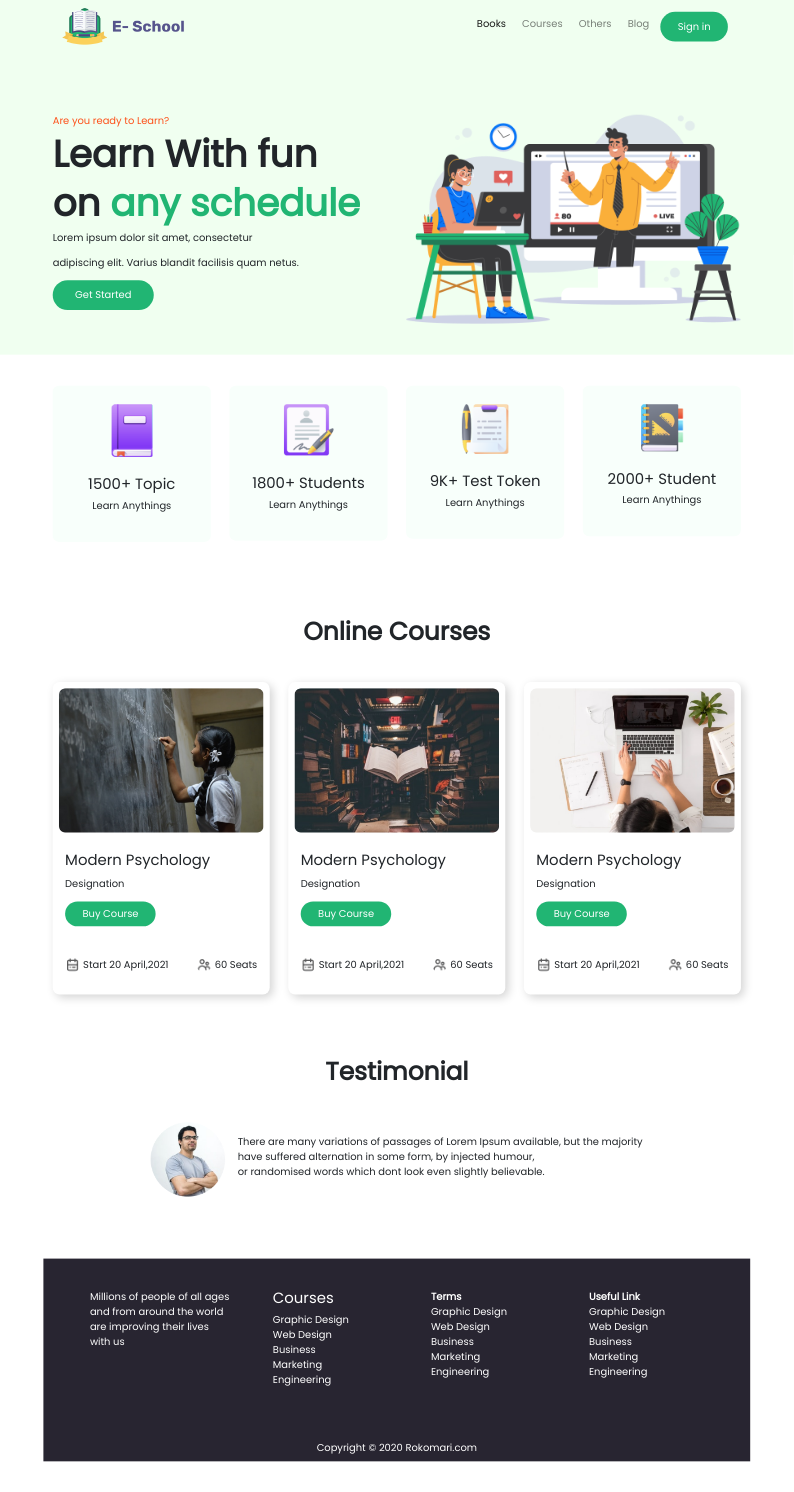
Repository: mohsinfarabi/e-school
Page: index.html
The author's editor kept a copy of each file at every save. The page is drawn from the files as they stood at one save, then again after the next save.
The browser window is 1280 px wide. The pictures show the whole page, at 62% of full size.

Above is the page before, as saved 2020-07-09 21:48:36.

### index.html
<!DOCTYPE html>
<html lang="en">

<head>
    <meta charset="UTF-8">
    <meta name="viewport" content="width=device-width, initial-scale=1.0">
    <link rel="stylesheet" href="css/bootstrap/css/bootstrap.min.css">
    <link rel="stylesheet" href="style.css">
    <link href="https://fonts.googleapis.com/css2?family=Poppins" rel="stylesheet">
    <title>E-School</title>
</head>

<body>
    <section class="top-part">
        <div class="container">
            <nav class="navbar navbar-expand-lg navbar-light bg-transparent">
                <a class="navbar-brand" href="#"><img src="images/icon/Logo.png " alt=" "></a>
                </a>
                <button class="navbar-toggler" type="button" data-toggle="collapse" data-target="#navbarNav" aria-controls="navbarNav" aria-expanded="false" aria-label="Toggle navigation">
                  <span class="navbar-toggler-icon"></span>
                </button>

                <div class="collapse navbar-collapse" id="navbarNav">
                    <ul class="navbar-nav ml-auto">
                        <li class="nav-item active ">
                            <a class="nav-link " href="#books ">Books</a>
                        </li>
                        <li class="nav-item ">
                            <a class="nav-link " href="#courses ">Courses</a>
                        </li>
                        <li class="nav-item ">
                            <a class="nav-link " href="#others ">Others</a>
                        </li>
                        <li class="nav-item ">
                            <a class="nav-link " href="#blog ">Blog</a>
                        </li>
                        <li class="nav-item ">
                            <button class="btn btn-success sign-in">Sign in</button>
                        </li>

                    </ul>
                </div>

            </nav>
        </div>
        <div class="container">
            <div class="row top">
                <div class="col-md-6 content-position">

                    <h5>Are you ready to Learn?</h5>
                    <h1>Learn With fun </h1>
                    <h1>on <span class="highlight"> any schedule</span></h1>

                    <p>Lorem ipsum dolor sit amet, consectetur </p>
                    <p>adipiscing elit. Varius blandit facilisis quam netus.</p>

                    <button class="btn btn-success get-started">Get Started</button>

                </div>
                <div class="col-md-6 d-flex justify-content-center">

                    <img src="images/Photos/Illustration.png" alt="" class="img-fluid">
                </div>
            </div>
        </div>
    </section>

    <div class="container">
        <div class="row">
            <div class="col-md-3">
                <div class="cat1 d-flex flex-column justify-content-center align-items-center">

                    <img src="images/icon/book.png" alt="">

                    <h4>1500+ Topic</h4>
                    <p>Learn Anythings</p>
                </div>
            </div>
            <div class="col-md-3">
                <div class="cat2 d-flex flex-column justify-content-center align-items-center">

                    <img src="images/icon/Student.png" alt="">

                    <h4>1800+ Students</h4>
                    <p>Learn Anythings</p>
                </div>
            </div>
            <div class="col-md-3">
                <div class="cat3 d-flex flex-column justify-content-center align-items-center">

                    <img src="images/icon/Test.png" alt="">

                    <h4>9K+ Test Token</h4>
                    <p>Learn Anythings</p>
                </div>
            </div>
            <div class="col-md-3">
                <div class="cat4 d-flex flex-column justify-content-center align-items-center">

                    <img src="images/icon/Students.png" alt="">

                    <h4>2000+ Student</h4>
                    <p>Learn Anythings</p>

                </div>
            </div>
        </div>
    </div>

    <div class="container course">
        <h1>Online Courses</h1>
        <div class="card-deck">
            <div class="card">
                <img src="images/Photos/Morder pyschology.png" class="card-img-top" alt="...">
                <div class="card-body">
                    <h4 class="card-title">Modern Psychology</h4>
                    <p class="card-text">Designation</p>
                    <button class="btn btn-success buy-course">Buy Course</button>
                    <div class="card-bottom d-flex justify-content-between align-self-center">
                        <div class="d-flex justify-content-between">
                            <img src="images/icon/calendar.png" alt="">
                            <p>Start 20 April,2021</p>
                        </div>
                        <div class="d-flex justify-content-between">
                            <img src="images/icon/people.png" alt="">
                            <p>60 Seats</p>
                        </div>

                    </div>
                </div>

            </div>
            <div class="card">
                <img src="images/Photos/Morder psyc.png" class="card-img-top" alt="...">
                <div class="card-body">
                    <h4 class="card-title">Modern Psychology</h4>
                    <p class="card-text">Designation</p>
                    <button class="btn btn-success buy-course">Buy Course</button>
                    <div class="card-bottom d-flex justify-content-between align-self-center">
                        <div class="d-flex justify-content-between">
                            <img src="images/icon/calendar.png" alt="">
                            <p>Start 20 April,2021</p>
                        </div>
                        <div class="d-flex justify-content-between">
                            <img src="images/icon/people.png" alt="">
                            <p>60 Seats</p>
                        </div>

                    </div>
                </div>
            </div>
            <div class="card">
                <img src="images/Photos/Morder pychons.png" class="card-img-top" alt="...">
                <div class="card-body">
                    <h4 class="card-title">Modern Psychology</h4>
                    <p class="card-text">Designation</p>
                    <button class="btn btn-success buy-course">Buy Course</button>
                    <div class="card-bottom d-flex justify-content-between align-self-center">
                        <div class="d-flex justify-content-between">
                            <img src="images/icon/calendar.png" alt="">
                            <p>Start 20 April,2021</p>
                        </div>
                        <div class="d-flex justify-content-between">
                            <img src="images/icon/people.png" alt="">
                            <p>60 Seats</p>
                        </div>
                    </div>
                </div>
            </div>
        </div>
    </div>

    <div class="container testimonial">
        <h1>Testimonial</h1>
        <div class="d-flex justify-content-center testimonial-content">
            <img class="img-fluid" src="images/Photos/Man.png" alt="">
            <p class="testimonial-text">There are many variations of passages of Lorem Ipsum available, but the majority <br>have suffered alternation in some form, by injected humour, <br>or randomised words which dont look even slightly believable.</p>
        </div>
    </div>
    <div class="container bottom-part">
        <div class="row footer-row d-flex align-items-left">
            <div class="col-md-3">
                <p>Millions of people of all ages and from around the world are improving their lives with us</p>
            </div>
            <div class="col-md-3">

                <ul>
                    <li>
                        <h4>Courses</h4>
                    </li>
                    <li>Graphic Design</li>
                    <li>Web Design</li>
                    <li>Business</li>
                    <li>Marketing</li>
                    <li>Engineering</li>
                </ul>
            </div>
            <div class="col-md-3">
                <ul>
                    <li><b>Terms</b></li>
                    <li>Graphic Design</li>
                    <li>Web Design</li>
                    <li>Business</li>
                    <li>Marketing</li>
                    <li>Engineering</li>
                </ul>
            </div>
            <div class="col-md-3">
                <ul>
                    <li><b>Useful Link</b></li>
                    <li>Graphic Design</li>
                    <li>Web Design</li>
                    <li>Business</li>
                    <li>Marketing</li>
                    <li>Engineering</li>
                </ul>
            </div>
        </div>
        <footer>
            <p class="footer">Copyright © 2020 Rokomari.com</p>
        </footer>
    </div>













    <script src="https://code.jquery.com/jquery-3.5.1.slim.min.js " integrity="sha384-DfXdz2htPH0lsSSs5nCTpuj/zy4C+OGpamoFVy38MVBnE+IbbVYUew+OrCXaRkfj " crossorigin="anonymous "></script>
    <script src="https://cdn.jsdelivr.net/npm/popper.js@1.16.0/dist/umd/popper.min.js " integrity="sha384-Q6E9RHvbIyZFJoft+2mJbHaEWldlvI9IOYy5n3zV9zzTtmI3UksdQRVvoxMfooAo " crossorigin="anonymous "></script>
    <script src="https://stackpath.bootstrapcdn.com/bootstrap/4.5.0/js/bootstrap.min.js " integrity="sha384-OgVRvuATP1z7JjHLkuOU7Xw704+h835Lr+6QL9UvYjZE3Ipu6Tp75j7Bh/kR0JKI " crossorigin="anonymous "></script>
</body>

</html>

### style.css
    body {
        font-family: 'Poppins', sans-serif;
    }

    .container {
        margin-bottom: 50px;
    }
    /* Common Button Properties */

    .btn:focus {
        border: none;
        background: #21B573;
    }

    .btn:hover {
        border: none;
        background: #21B573;
    }

    .top-part {
        background-color: #F0FFF0;
    }

    .navbar img {
        width: 198.07px;
        height: 59px;
    }

    .nav-item {
        padding: 5px;
        color: black;
    }

    .sign-in {
        padding: 12px 28px;
        border: none;
        background: #21B573;
        border-radius: 33px;
        color: white;
    }
    /* Banner Section */

    .content-position {
        margin-top: 50px;
    }

    .top {
        padding-bottom: 50px;
    }

    .top h5 {
        font-size: medium;
        color: #FD511A;
    }

    .top h1 {
        font-weight: 900;
        font-size: 60px;
    }

    .top img {
        margin-top: 50px;
    }

    .highlight {
        color: #21B573;
    }

    .get-started {
        padding: 12px 36px;
        border: none;
        background: #21B573;
        border-radius: 33px;
        color: white;
    }
    /* Second Section */

    .cat1,
    .cat2,
    .cat3,
    .cat4 {
        padding: 30px;
        border-radius: 10px;
        border: none;
        margin-bottom: 20px;
        background-color: #F8FFFB;
    }

    .cat1:hover {
        box-shadow: 5px 5px 10px lightgray;
        background-color: white;
    }

    .cat2:hover {
        box-shadow: 5px 5px 10px lightgray;
        background-color: white;
    }

    .cat3:hover {
        box-shadow: 5px 5px 10px lightgray;
        background-color: white;
    }

    .cat4:hover {
        box-shadow: 5px 5px 10px lightgray;
        background-color: white;
    }

    .cat1 img {
        width: 66px;
        height: 85px;
        margin-bottom: 30px;
    }

    .cat2 img {
        width: 80px;
        height: 83px;
        margin-bottom: 30px;
    }

    .cat3 img {
        width: 75px;
        height: 80px;
        margin-bottom: 30px;
    }

    .cat4 img {
        width: 68px;
        height: 76px;
        margin-bottom: 30px;
    }

    .cat h4 {
        font-weight: 700;
    }
    /* Courses Card Section */

    .course h1 {
        text-align: center;
        font-weight: 900;
        padding: 50px 0px;
    }

    .card img {
        border-radius: 11px;
        padding: 10px;
    }

    .card {
        border: none;
        border-radius: 11px;
        box-shadow: 5px 5px 15px lightgray;
    }

    .card-footer {
        background-color: white;
        border-top: none;
        border-radius: 10px;
    }

    .buy-course {
        border: none;
        background: #21B573;
        border-radius: 33px;
        color: white;
        margin-bottom: 20px;
        padding: 8px 28px;
    }

    .card-bottom {
        margin-top: 30px;
    }

    .card-bottom img {
        height: 24px;
        width: 24px;
        padding: 0;
        margin-right: 5px;
    }
    /* Testimonial Section */

    .testimonial {
        text-align: center;
        margin-top: 100px;
    }

    .testimonial h1 {
        font-weight: 700;
    }

    .testimonial-content img {
        height: 120px;
        width: 120px;
    }

    .testimonial-content {
        padding-top: 50px;
    }

    .testimonial-text {
        padding-left: 20px;
        padding-top: 20px;
        text-align: left;
    }
    /* footer Section */

    .bottom-part {
        margin-top: 100px;
        background-color: #282531;
        color: white;
    }

    ul {
        list-style: none;
    }

    .footer {
        text-align: center;
        margin-top: 20px;
        padding-bottom: 10px;
    }

    .footer-row {
        padding: 50px 60px;
    }

Loaded but not shown: css/bootstrap/css/bootstrap.min.css (library)

After the next save:
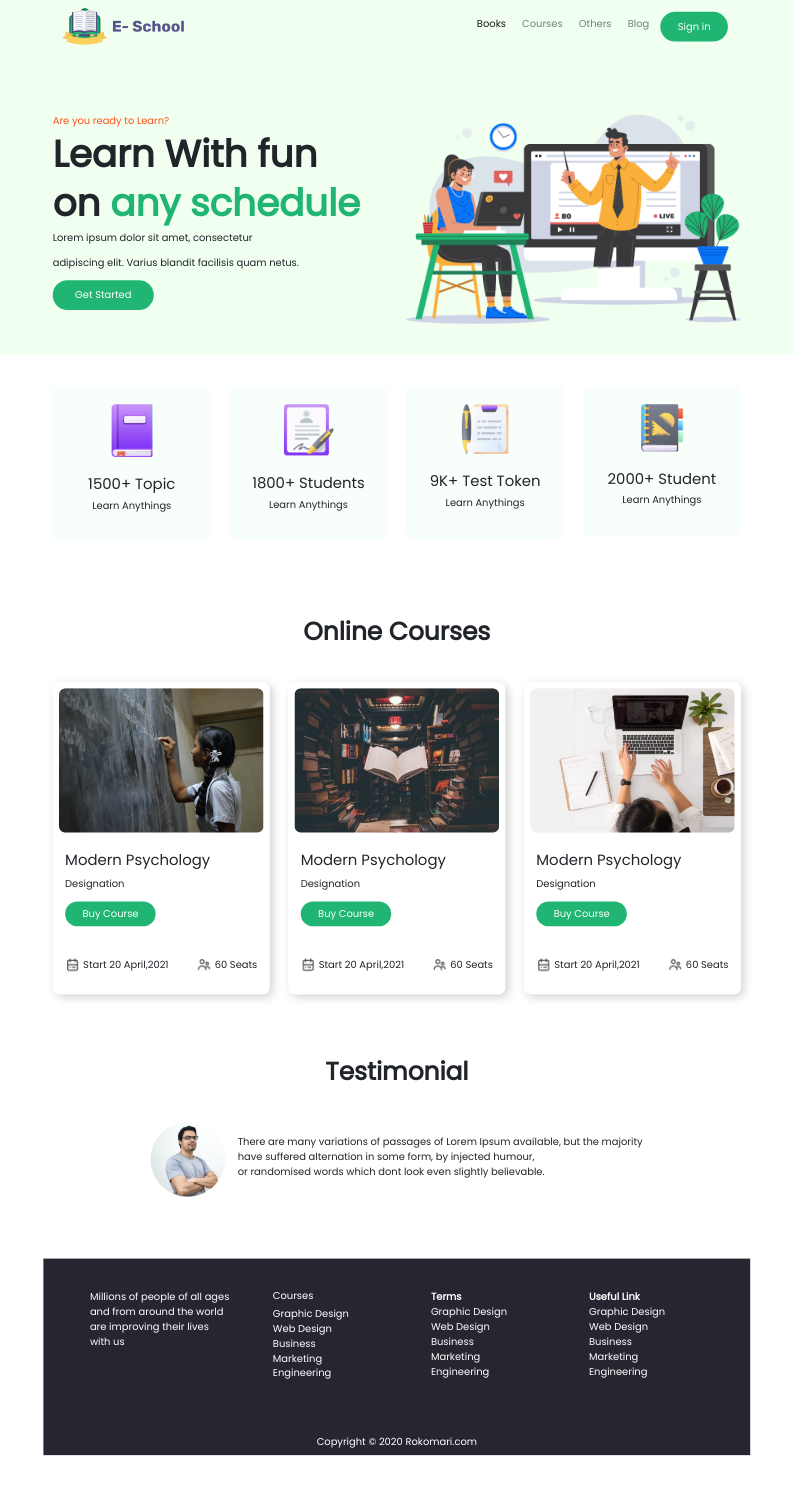
Saved 6 s later.
--- a/index.html
+++ b/index.html
@@ -186,7 +186,7 @@
 
                 <ul>
                     <li>
-                        <h4>Courses</h4>
+                        <h6>Courses</h6>
                     </li>
                     <li>Graphic Design</li>
                     <li>Web Design</li>
